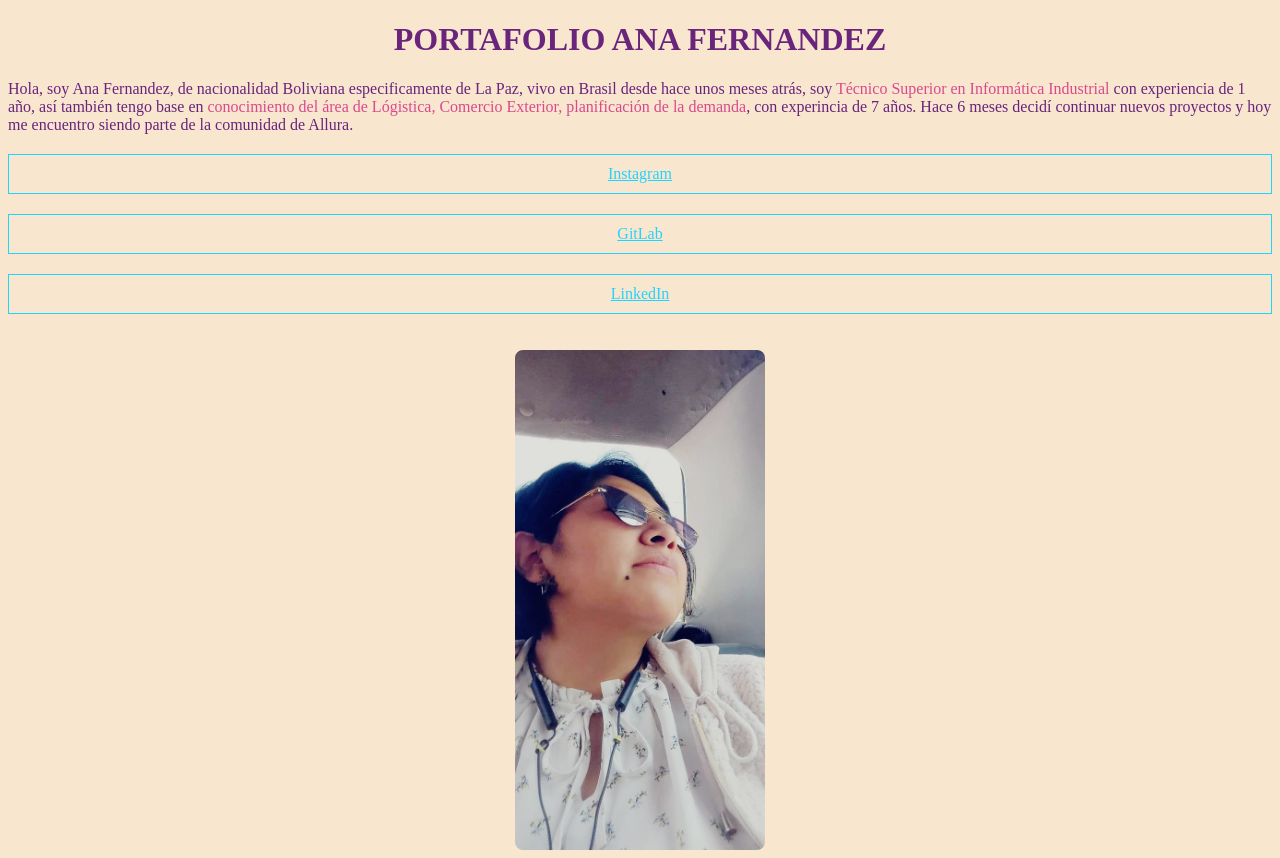
Repository: AnaFzCz/PROYECTOS-HTML---CSS2
Page: Portafolio/index.html
These files come from the project's save history. The page is drawn as it stood at one moment and after the next save; the edit follows.
The browser window is 1280 px wide. The pictures show the whole page.

Above is the page before, as saved 2025-01-23 07:27:41.

### Portafolio/index.html
<!DOCTYPE html>
<html lang="en">
<head>
    <meta charset="UTF-8">
    <meta http-equiv="X-UA-Compatible" content="IE=edge">
    <meta name="viewport" content="width=device-width, initial-scale=1.0">
    <title>Portafolio</title>
    <link rel="stylesheet" href="style.css">
</head>
<body>
    <header>

    </header>
    <main>
        <h1 style="text-align: center;">PORTAFOLIO ANA FERNANDEZ</h1>
        <p>Hola, soy Ana Fernandez, de nacionalidad Boliviana especificamente de La Paz, vivo en Brasil desde hace unos meses atrás, soy <span>Técnico Superior en Informática Industrial</span> con experiencia de 1 año, así también tengo base en <span>conocimiento del área de Lógistica, Comercio Exterior, planificación de la demanda</span>, con experincia de 7 años. Hace 6 meses decidí continuar nuevos proyectos y hoy me encuentro siendo parte de la comunidad de Allura.</p>
            <div >
        <a class="bot" href="https://instagram.com/anafzcz">Instagram</a>
        <a class="bot" href="https://github.com/AnaFzCz">GitLab</a>
        <a class="bot" href="https://linkedin.com/in/ana-fernandez-cruz-238787124">LinkedIn</a>
        <br>
        <br>
        <img src="mindfullness.jpg" alt="myself" style="width:250px;height: 500px;">
        </div>
    </main>
    <footer></footer>
</body>
</html>

### Portafolio/style.css
body{
   background-color: #F9E6CF;
   color:#69247C;
    font-family: "papyrus";
}

span{
    color:#DA498D;
}

a{
    color: #22D4FD;

    border: 1px solid #22D4FD;
    padding: 10px;
    text-align: center;
}

h1 {
   align-content: center;
}
img {
    border-radius: 8px;
    display: block;
    margin-left: auto;
    margin-right: auto;
  }

  img:hover {
    transform: scaleX(-1);
  }
  .bot {
    margin-top: 20px;
    display: flex;
    justify-content: center;
    gap: 10px;
  }

After the next save:
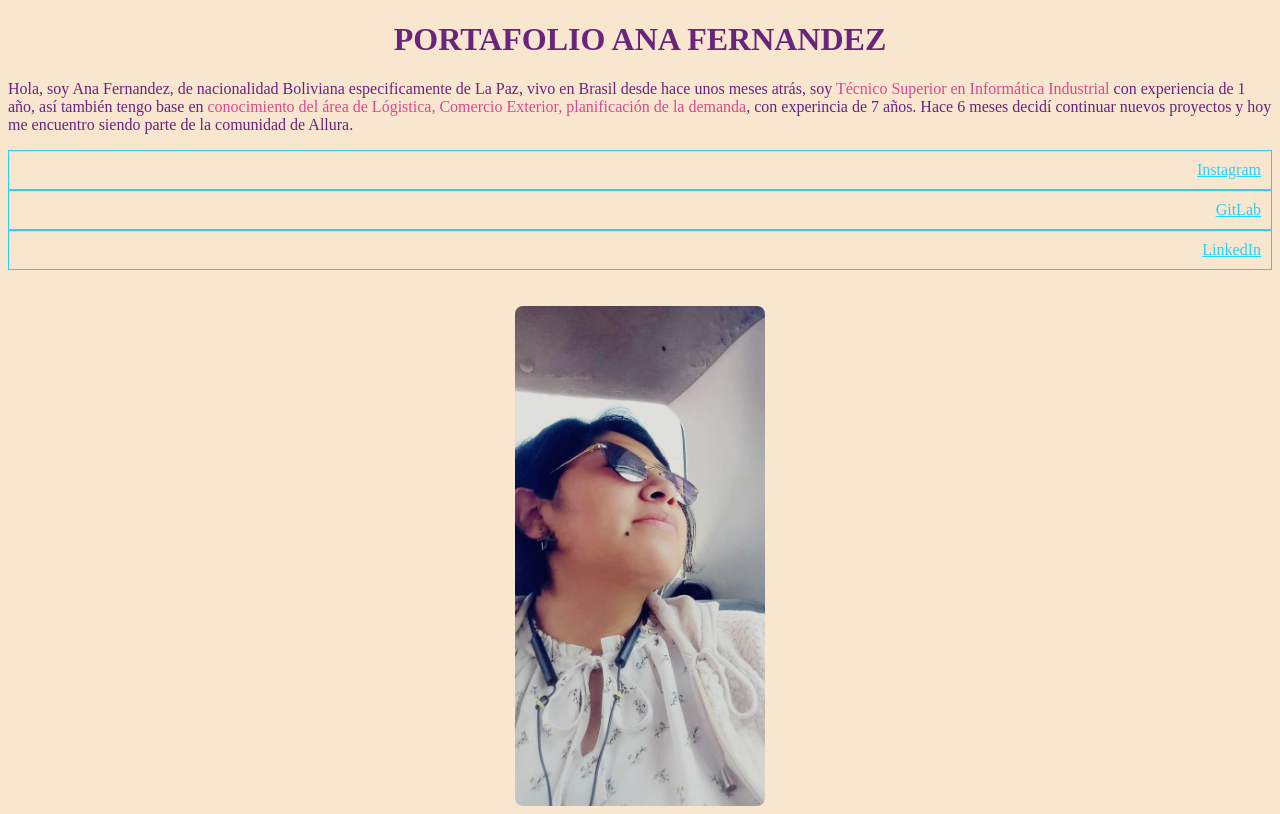
Saved 70 s later.
--- a/Portafolio/style.css
+++ b/Portafolio/style.css
@@ -30,8 +30,6 @@
     transform: scaleX(-1);
   }
   .bot {
-    margin-top: 20px;
     display: flex;
-    justify-content: center;
-    gap: 10px;
+  flex-direction: row-reverse;
   }

After the save that followed:
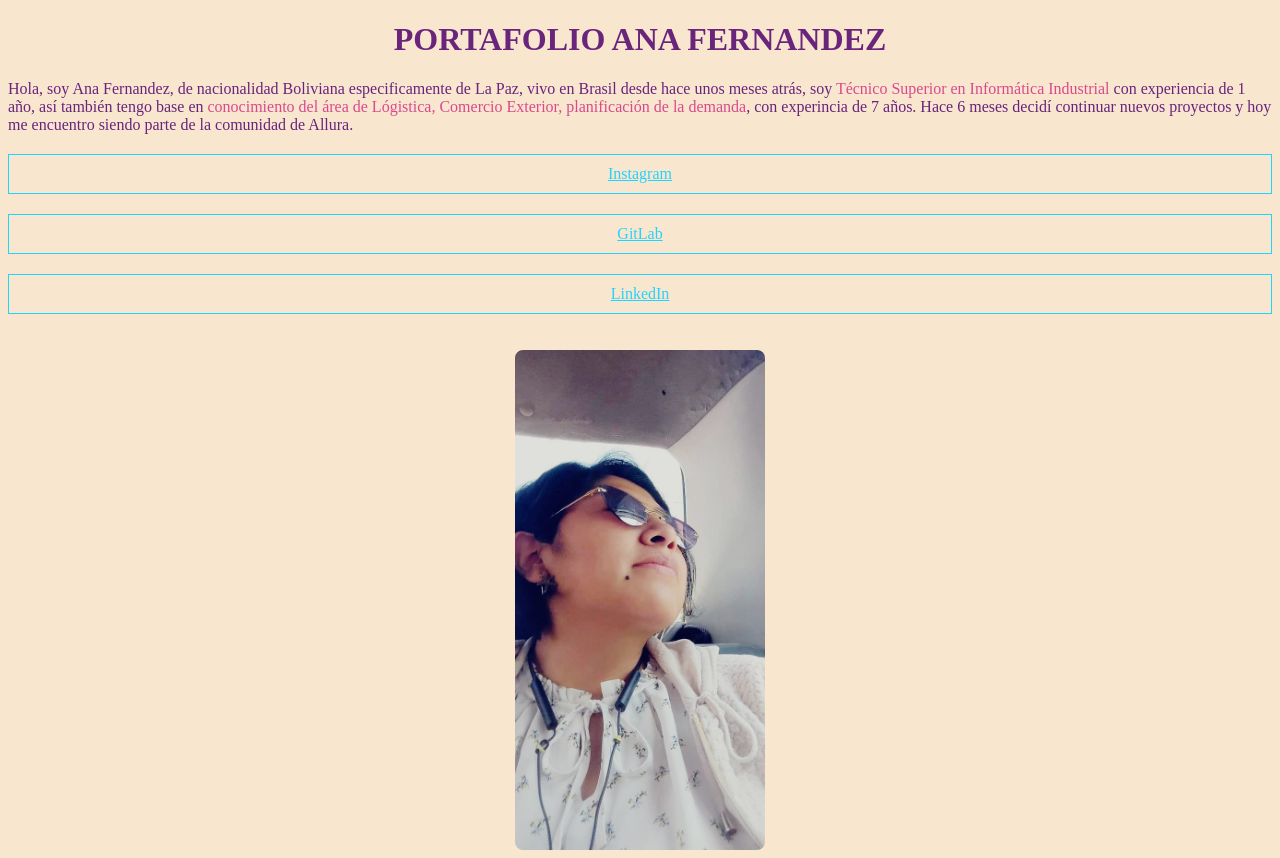
Saved 13 s later.
--- a/Portafolio/style.css
+++ b/Portafolio/style.css
@@ -30,6 +30,8 @@
     transform: scaleX(-1);
   }
   .bot {
+    margin-top: 20px;
     display: flex;
-  flex-direction: row-reverse;
+    justify-content: center;
+    gap: 10px;
   }
